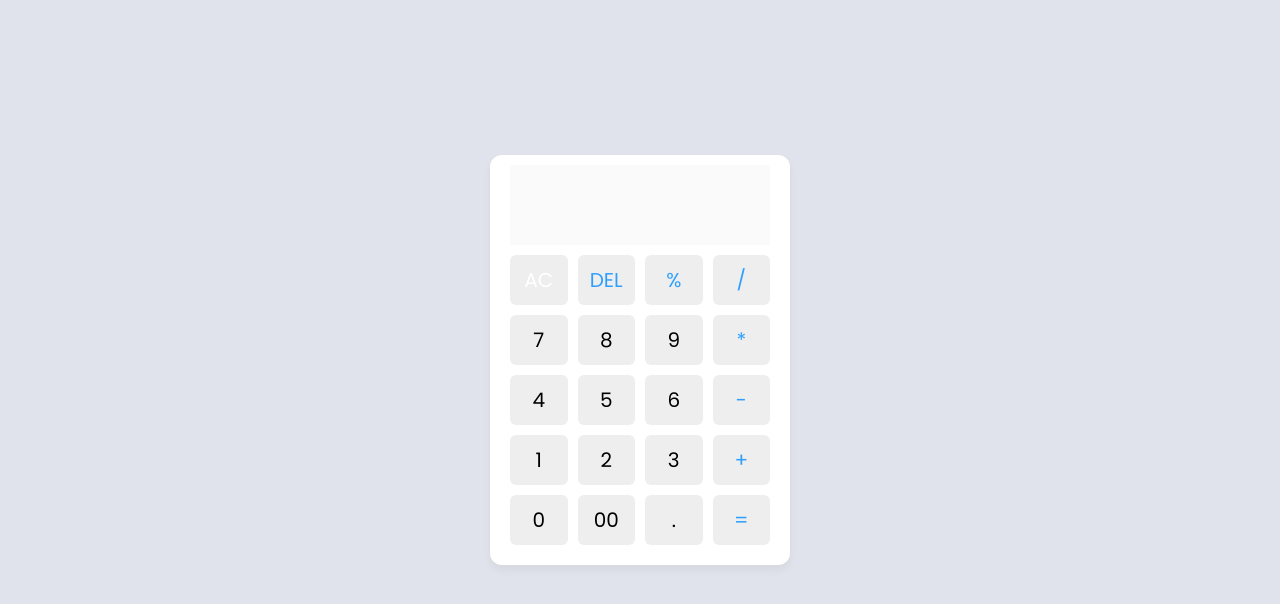
Repository: Jatuphonezyxx007/pos
Page: calculator.html
The author's editor kept a copy of each file at every save. The page is drawn from the files as they stood at one save, then again after the next save.
The browser window is 1280 px wide. The pictures show the whole page.

Above is the page before, as saved 2024-09-29 16:49:01.

### calculator.html
<!DOCTYPE html>
<!-- Coding By CodingNepal - codingnepalweb.com -->
<html lang="en">
  <head>
    <meta charset="UTF-8" />
    <meta http-equiv="X-UA-Compatible" content="IE=edge" />
    <meta name="viewport" content="width=device-width, initial-scale=1.0" />
    <title>Calculator in HTML CSS & JavaScript</title>
    <!-- <link rel="stylesheet" href="style.css" /> -->

    <link href="https://cdn.jsdelivr.net/npm/bootstrap@5.3.3/dist/css/bootstrap.min.css" rel="stylesheet" integrity="sha384-QWTKZyjpPEjISv5WaRU9OFeRpok6YctnYmDr5pNlyT2bRjXh0JMhjY6hW+ALEwIH" crossorigin="anonymous">

    <style>
        /* Import Google font - Poppins */
@import url("https://fonts.googleapis.com/css2?family=Poppins:wght@300;400;500;600;700&display=swap");
* {
  margin: 0;
  padding: 0;
  box-sizing: border-box;
  font-family: "Poppins", sans-serif;
}
body {
  height: 100vh;
  display: flex;
  align-items: center;
  justify-content: center;
  background: #e0e3eb;
}
.container {
  position: relative;
  max-width: 300px;
  width: 100%;
  border-radius: 12px;
  padding: 10px 20px 20px;
  background: #fff;
  box-shadow: 0 5px 10px rgba(0, 0, 0, 0.05);
}
.display {
  height: 80px;
  width: 100%;
  outline: none;
  border: none;
  text-align: right;
  margin-bottom: 10px;
  font-size: 25px;
  color: #000e1a;
  pointer-events: none;
}
.buttonscal {
  display: grid;
  grid-gap: 10px;
  grid-template-columns: repeat(4, 1fr);
}
.buttonscal button {
  padding: 10px;
  border-radius: 6px;
  border: none;
  font-size: 20px;
  cursor: pointer;
  background-color: #eee;
}
.buttonscal button:active {
  transform: scale(0.99);
}
.special-button {
    background-color: #ffcc00; /* สีพื้นหลังที่ต้องการ */
    color: #fff; /* สีตัวอักษร */
}

.operator {
  color: #2f9fff;
}
    </style>

  </head>
  <body>
    <div class="container">
      <input type="text" class="display" disabled />

      <div class="buttonscal">
        <button class="special-button" data-value="AC">AC</button>
        <button class="operator" data-value="DEL">DEL</button>
        <button class="operator" data-value="%">%</button>
        <button class="operator" data-value="/">/</button>

        <button data-value="7">7</button>
        <button data-value="8">8</button>
        <button data-value="9">9</button>
        <button class="operator" data-value="*">*</button>

        <button data-value="4">4</button>
        <button data-value="5">5</button>
        <button data-value="6">6</button>
        <button class="operator" data-value="-">-</button>

        <button data-value="1">1</button>
        <button data-value="2">2</button>
        <button data-value="3">3</button>
        <button class="operator" data-value="+">+</button>

        <button data-value="0">0</button>
        <button data-value="00">00</button>
        <button data-value=".">.</button>
        <button class="operator" data-value="=">=</button>
      </div>
    </div>


    <script src="https://cdn.jsdelivr.net/npm/bootstrap@5.3.3/dist/js/bootstrap.bundle.min.js" integrity="sha384-YvpcrYf0tY3lHB60NNkmXc5s9fDVZLESaAA55NDzOxhy9GkcIdslK1eN7N6jIeHz" crossorigin="anonymous"></script>


    <script>
        const display = document.querySelector(".display");
const buttons = document.querySelectorAll("button");
const specialChars = ["%", "*", "/", "-", "+", "="];
let output = "";

//Define function to calculate based on button clicked.
const calculate = (btnValue) => {
  display.focus();
  if (btnValue === "=" && output !== "") {
    //If output has '%', replace with '/100' before evaluating.
    output = eval(output.replace("%", "/100"));
  } else if (btnValue === "AC") {
    output = "";
  } else if (btnValue === "DEL") {
    //If DEL button is clicked, remove the last character from the output.
    output = output.toString().slice(0, -1);
  } else {
    //If output is empty and button is specialChars then return
    if (output === "" && specialChars.includes(btnValue)) return;
    output += btnValue;
  }
  display.value = output;
};

//Add event listener to buttons, call calculate() on click.
buttons.forEach((button) => {
  //Button click listener calls calculate() with dataset value as argument.
  button.addEventListener("click", (e) => calculate(e.target.dataset.value));
});
    </script>
  </body>
</html>

After the next save:
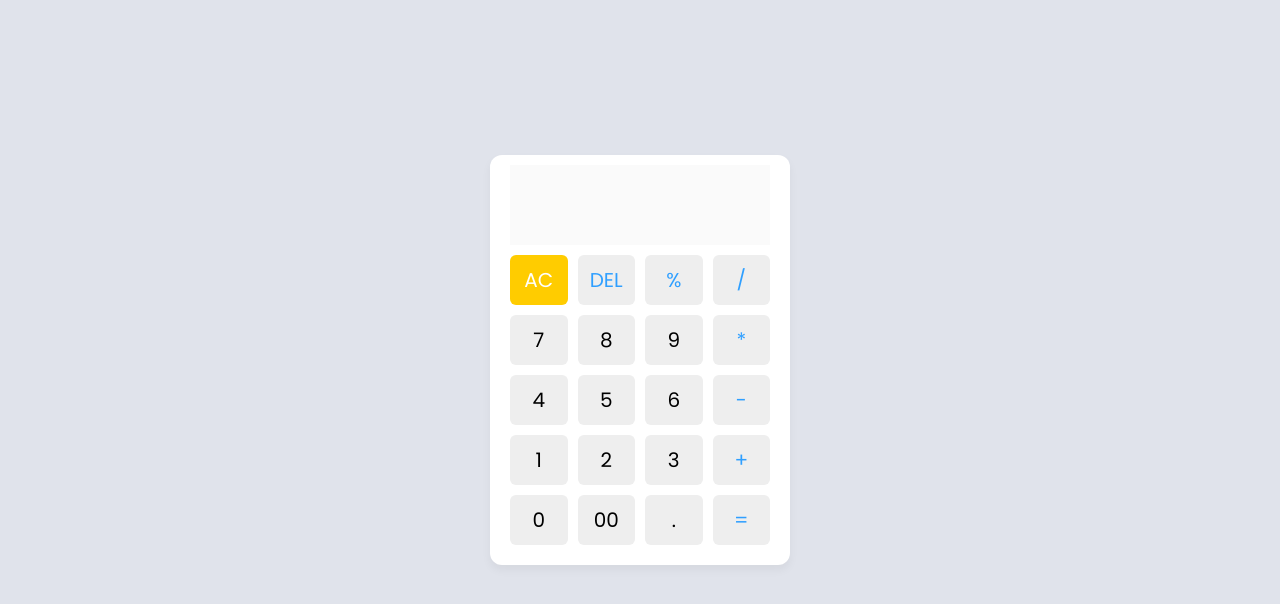
Saved 117 s later.
--- a/calculator.html
+++ b/calculator.html
@@ -47,28 +47,27 @@ body {
   pointer-events: none;
 }
 .buttonscal {
-  display: grid;
-  grid-gap: 10px;
-  grid-template-columns: repeat(4, 1fr);
+    display: grid;
+    grid-gap: 10px;
+    grid-template-columns: repeat(4, 1fr);
 }
 .buttonscal button {
-  padding: 10px;
-  border-radius: 6px;
-  border: none;
-  font-size: 20px;
-  cursor: pointer;
-  background-color: #eee;
+    padding: 10px;
+    border-radius: 6px;
+    border: none;
+    font-size: 20px;
+    cursor: pointer;
+    background-color: #eee;
 }
 .buttonscal button:active {
-  transform: scale(0.99);
+    transform: scale(0.99);
 }
 .special-button {
-    background-color: #ffcc00; /* สีพื้นหลังที่ต้องการ */
+    background-color: #ffcc00 !important; /* เพิ่ม !important เพื่อบังคับใช้สีนี้ */
     color: #fff; /* สีตัวอักษร */
 }
-
 .operator {
-  color: #2f9fff;
+    color: #2f9fff;
 }
     </style>
 
